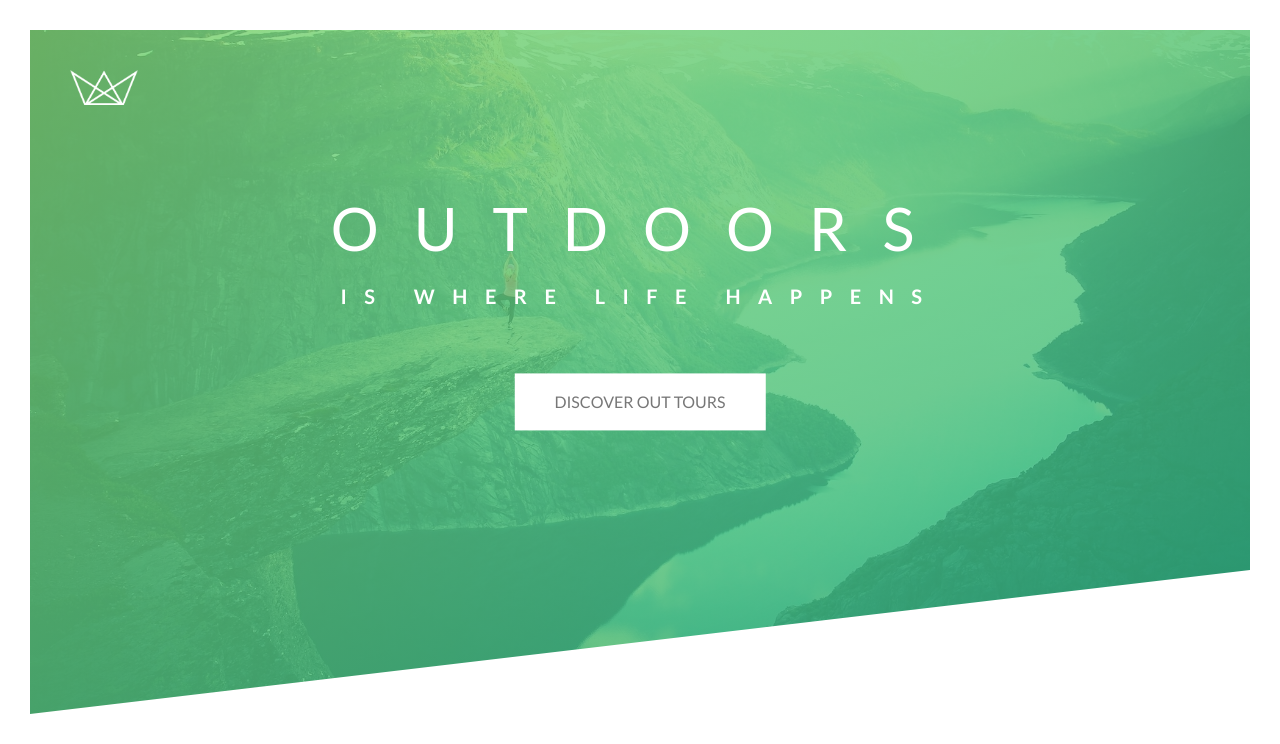
Repository: kamilluc/advanced-css-course
Page: Natours/my-implementation/index.html
An editor plug-in stored every save of this project. The page is shown before and after the next save, followed by the edit.
The browser window is 1280 px wide. The pictures show the whole page.

Above is the page before, as saved 2019-05-24 23:28:22.

### Natours/my-implementation/index.html
<!DOCTYPE html>
<html lang="en">
  <head>
    <meta charset="UTF-8" />
    <meta name="viewport" content="width=device-width, initial-scale=1.0" />

    <link
      href="https://fonts.googleapis.com/css?family=Lato:100,300,400,700,900"
      rel="stylesheet"
    />

    <link rel="stylesheet" href="css/icon-font.css" />
    <link rel="stylesheet" href="css/style.css" />
    <link rel="shortcut icon" type="image/png" href="img/favicon.png" />

    <title>Natours | Exciting tours for adventurous people</title>
  </head>
  <body>
    <!-- HEADER -->
    <header class="header">
      <div class="logo-box">
        <img src="img/logo-white.png" alt="logo" class="logo" />
      </div>
      <div class="text-box">
        <h1 class="heading-primary">
          <span class="heading-primary-main">Outdoors</span>
          <span class="heading-primary-sub">is where life happens</span>
        </h1>
        <a href="#" class="btn btn-white">Discover out tours</a>
      </div>
    </header>
  </body>
</html>

### Natours/my-implementation/css/style.css
/*
COLORS:

Light green: #7ed56f
Medium green: #55c57a
Dark green: #28b485

*/

/* BASIC RESET, NORMALIZE COULD BE USED BUT NOT REALLY NEEDED */
*,
::before,
::after {
  margin: 0;
  padding: 0;
  box-sizing: border-box;
}

/* FONTS SETTING HERE, NOT IN * CUZ THEY ARE INHERITED */
body {
  font-family: "Lato", sans-serif;
  font-weight: 400;
  font-size: 16px;
  line-height: 1.7;
  color: #777;
  padding: 30px;
}

.header {
  height: 95vh;
  background-image: linear-gradient(
      to right bottom,
      rgba(126, 213, 111, 0.8),
      rgba(40, 180, 131, 0.8)
    ),
    url("../img/hero.jpg");
  background-size: cover;
  background-position: top;
  clip-path: polygon(0 0, 100% 0, 100% 75vh, 0 100%);
  /* AA 4CHROME */
  -webkit-backface-visibility: hidden;
  position: relative;
}

.logo-box {
  position: absolute;
  top: 40px;
  left: 40px;
}

.logo {
  height: 35px;
}

.text-box {
  position: absolute;
  top: 40%;
  left: 50%;
  transform: translate(-50%, -50%);
  text-align: center;
}

.heading-primary {
  color: white;
  text-transform: uppercase;
  /* FIX TO ANIMATION, WITH IT OBJECT DOESN'T MOVE TO TOP AT THE END OF ANIMATION, PROBABLY NO LONGER NEED AS TODAY */
  /* backface-visibility: hidden; */
  margin-bottom: 60px;
}

.heading-primary-main {
  display: block;
  font-size: 60px;
  font-weight: 400;
  letter-spacing: 35px;
  animation: moveInLeft 1s 0.3s;
}

.heading-primary-sub {
  display: block;
  font-size: 20px;
  font-weight: 700;
  letter-spacing: 17.5px;
  animation: moveInRight 1.2s 0.3s;
}

@keyframes moveInLeft {
  0% {
    opacity: 0;
    transform: translateX(-100px);
  }
  75% {
    transform: translateX(10px);
  }
  100% {
    opacity: 1;
    transform: translate(0);
  }
}
@keyframes moveInRight {
  0% {
    opacity: 0;
    transform: translateX(100px);
  }
  75% {
    transform: translateX(-10px);
  }
  100% {
    opacity: 1;
    transform: translate(0);
  }
}

.btn:link,
.btn:visited {
  text-transform: uppercase;
  text-decoration: none;
  padding: 15px 40px;
  display: inline-block;
}

.btn:hover {
  transform: translateY(-3px);
}
.btn:active {
  transform: translateY(-1px);
}
.btn-white {
  background-color: white;
  color: #777;
}

Loaded but not shown: Natours/my-implementation/css/icon-font.css (no copy from this time; the picture is the same without it)

After the next save:
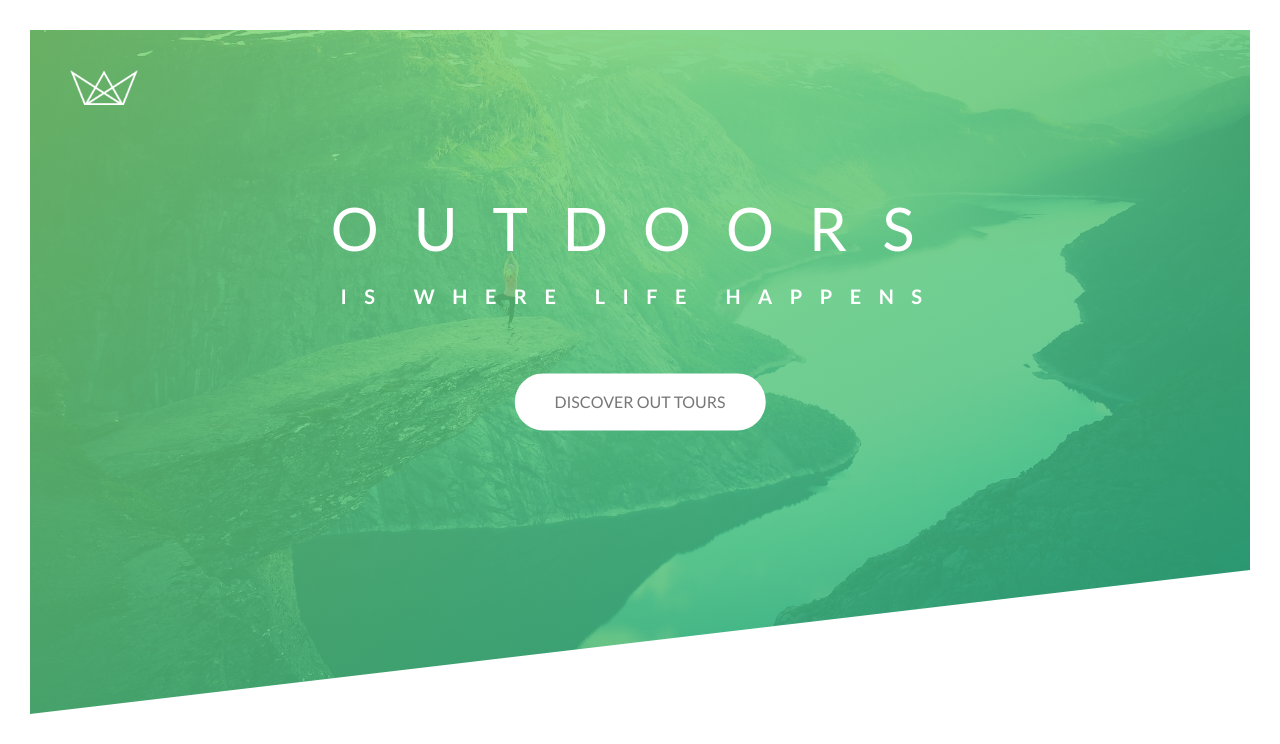
Saved 56 s later.
--- a/Natours/my-implementation/css/style.css
+++ b/Natours/my-implementation/css/style.css
@@ -117,14 +117,17 @@ body {
   text-decoration: none;
   padding: 15px 40px;
   display: inline-block;
+  border-radius: 100px;
 }
 
 .btn:hover {
   transform: translateY(-3px);
 }
+
 .btn:active {
   transform: translateY(-1px);
 }
+
 .btn-white {
   background-color: white;
   color: #777;
